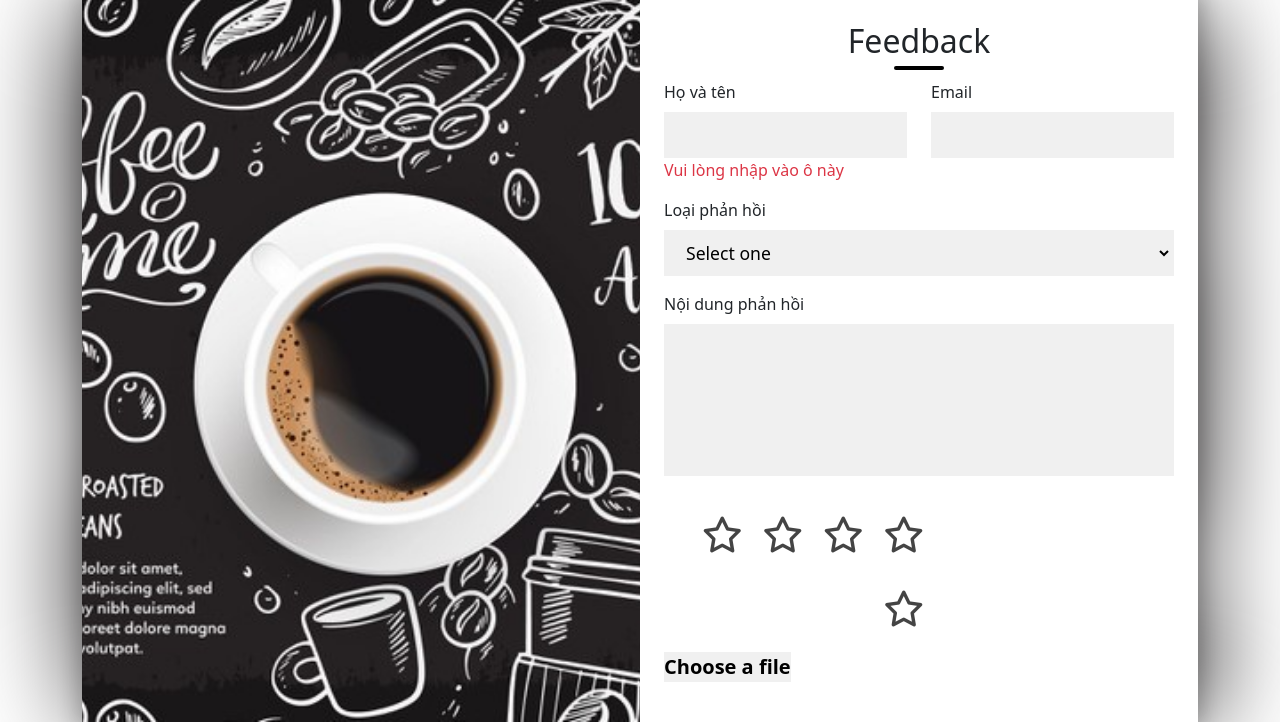
Repository: LeDongGyC/html-css
Page: HTML CSS/prototype/index.html
The author's editor kept a copy of each file at every save. The page is drawn from the files as they stood at one save, then again after the next save.
The browser window is 1280 px wide. The pictures show the whole page.
Some web libraries are served in a nearby version. The style sheet was rebuilt from its Sass, Less or Tailwind sources for each picture, by a compiler version that may differ from the author's.

Above is the page before, as saved 2023-05-24 12:00:43.

After the next save:
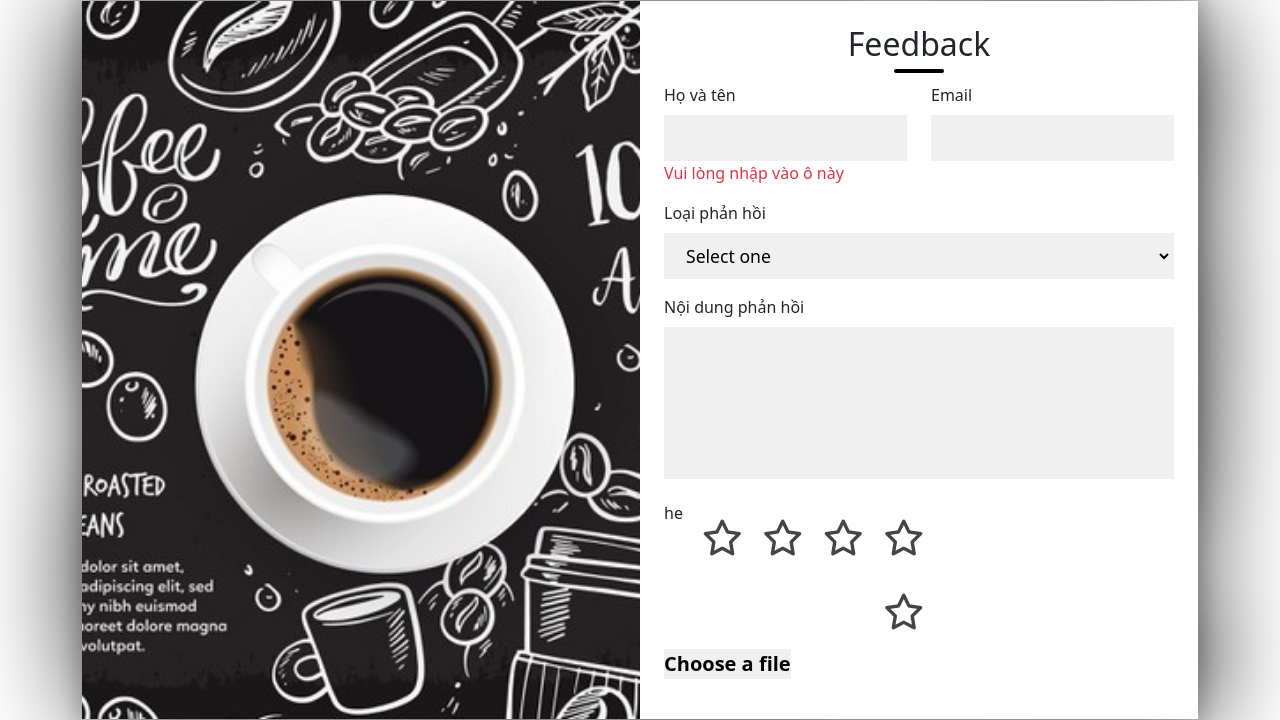
Saved 24 s later.
--- a/HTML CSS/prototype/index.html
+++ b/HTML CSS/prototype/index.html
@@ -70,6 +70,7 @@
         </div>
         <div class="stars">
           <form action="">
+            he
             <input class="star star-5" id="star-5" type="radio" name="star"/>
             <label class="star star-5" for="star-5"></label>
             <input class="star star-4" id="star-4" type="radio" name="star"/>
